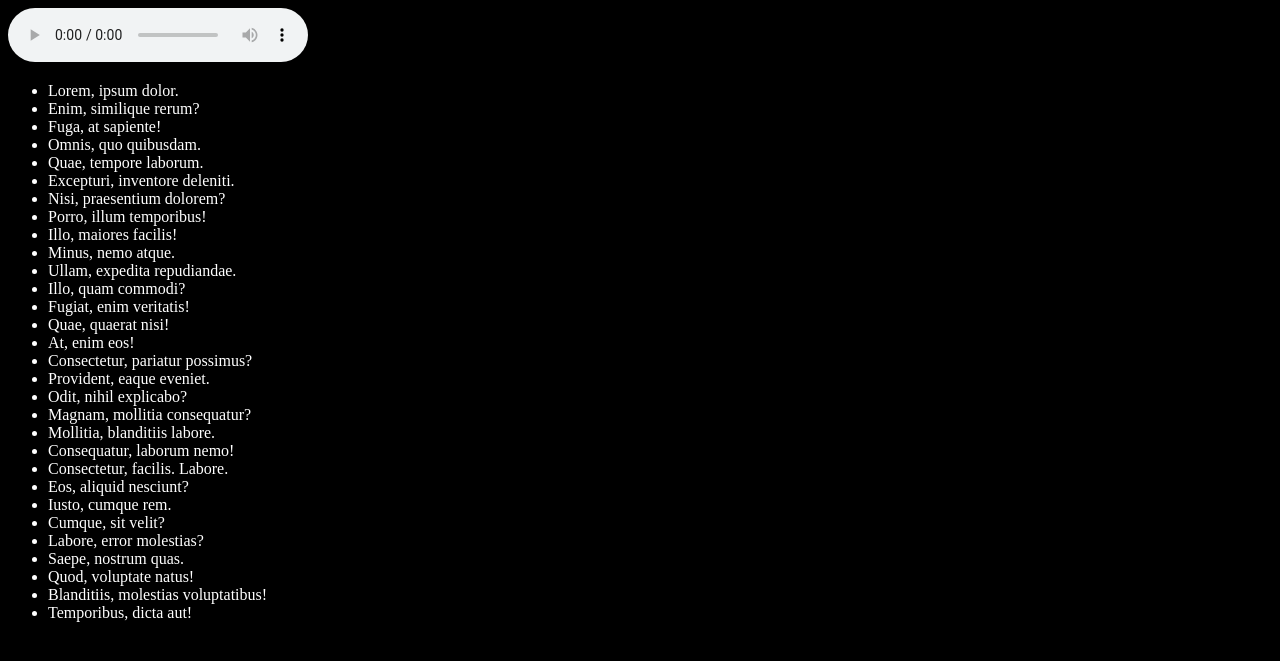
Repository: zhaojunyan9528/music-scroll
Page: index.html
These files come from the project's save history. The page is drawn as it stood at one moment and after the next save; the edit follows.
The browser window is 1280 px wide. The pictures show the whole page.

Above is the page before, as saved 2023-11-23 13:35:57.

### index.html
<!DOCTYPE html>
<html lang="en">
<head>
  <meta charset="UTF-8">
  <meta name="viewport" content="width=device-width, initial-scale=1.0">
  <title>Music</title>
  <link rel="stylesheet" href="./css/index.css">
</head>
<body>
  <audio src="./assets/music.mp3" controls></audio>
  <div class="container">
    <ul class="lrc-list">
      <li>Lorem, ipsum dolor.</li>
      <li>Enim, similique rerum?</li>
      <li>Fuga, at sapiente!</li>
      <li>Omnis, quo quibusdam.</li>
      <li>Quae, tempore laborum.</li>
      <li>Excepturi, inventore deleniti.</li>
      <li>Nisi, praesentium dolorem?</li>
      <li>Porro, illum temporibus!</li>
      <li>Illo, maiores facilis!</li>
      <li>Minus, nemo atque.</li>
      <li>Ullam, expedita repudiandae.</li>
      <li>Illo, quam commodi?</li>
      <li>Fugiat, enim veritatis!</li>
      <li>Quae, quaerat nisi!</li>
      <li>At, enim eos!</li>
      <li>Consectetur, pariatur possimus?</li>
      <li>Provident, eaque eveniet.</li>
      <li>Odit, nihil explicabo?</li>
      <li>Magnam, mollitia consequatur?</li>
      <li>Mollitia, blanditiis labore.</li>
      <li>Consequatur, laborum nemo!</li>
      <li>Consectetur, facilis. Labore.</li>
      <li>Eos, aliquid nesciunt?</li>
      <li>Iusto, cumque rem.</li>
      <li>Cumque, sit velit?</li>
      <li>Labore, error molestias?</li>
      <li>Saepe, nostrum quas.</li>
      <li>Quod, voluptate natus!</li>
      <li>Blanditiis, molestias voluptatibus!</li>
      <li>Temporibus, dicta aut!</li>
    </ul>
  </div>
</body>
</html>

### css/index.css
body {
  background-color: black;
}
.container {
  color: white;
}

After the next save:
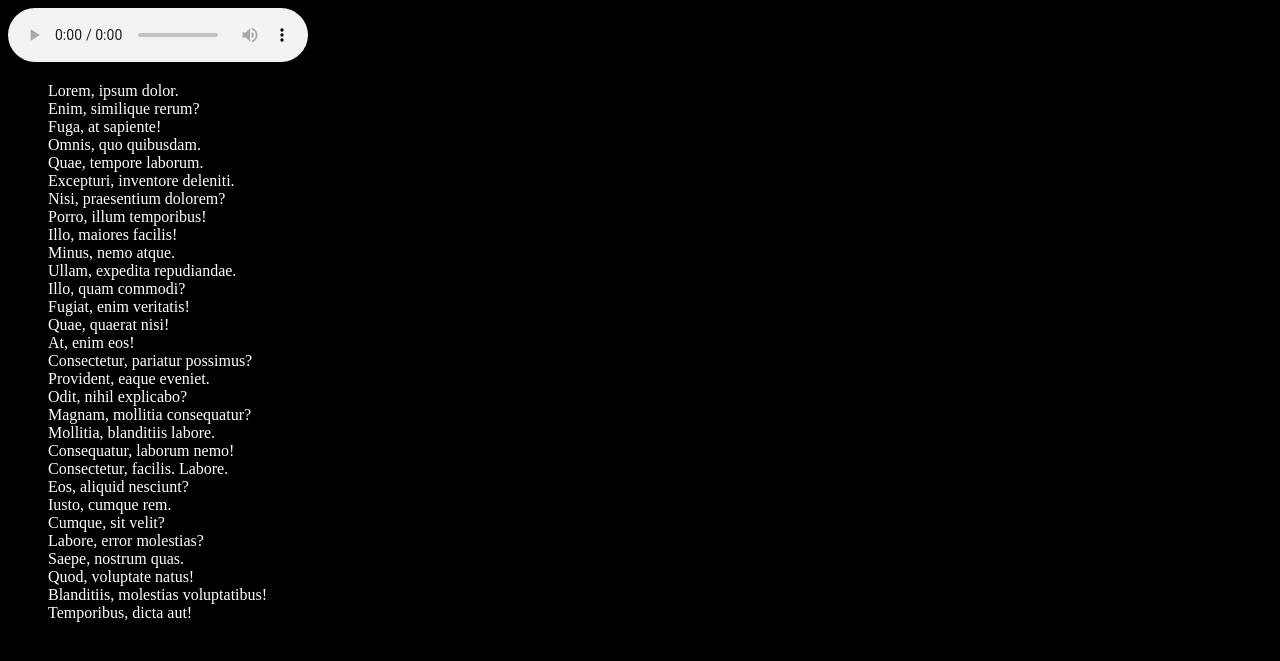
Saved 15 s later.
--- a/css/index.css
+++ b/css/index.css
@@ -4,3 +4,6 @@ body {
 .container {
   color: white;
 }
+li {
+  list-style: none;
+}
